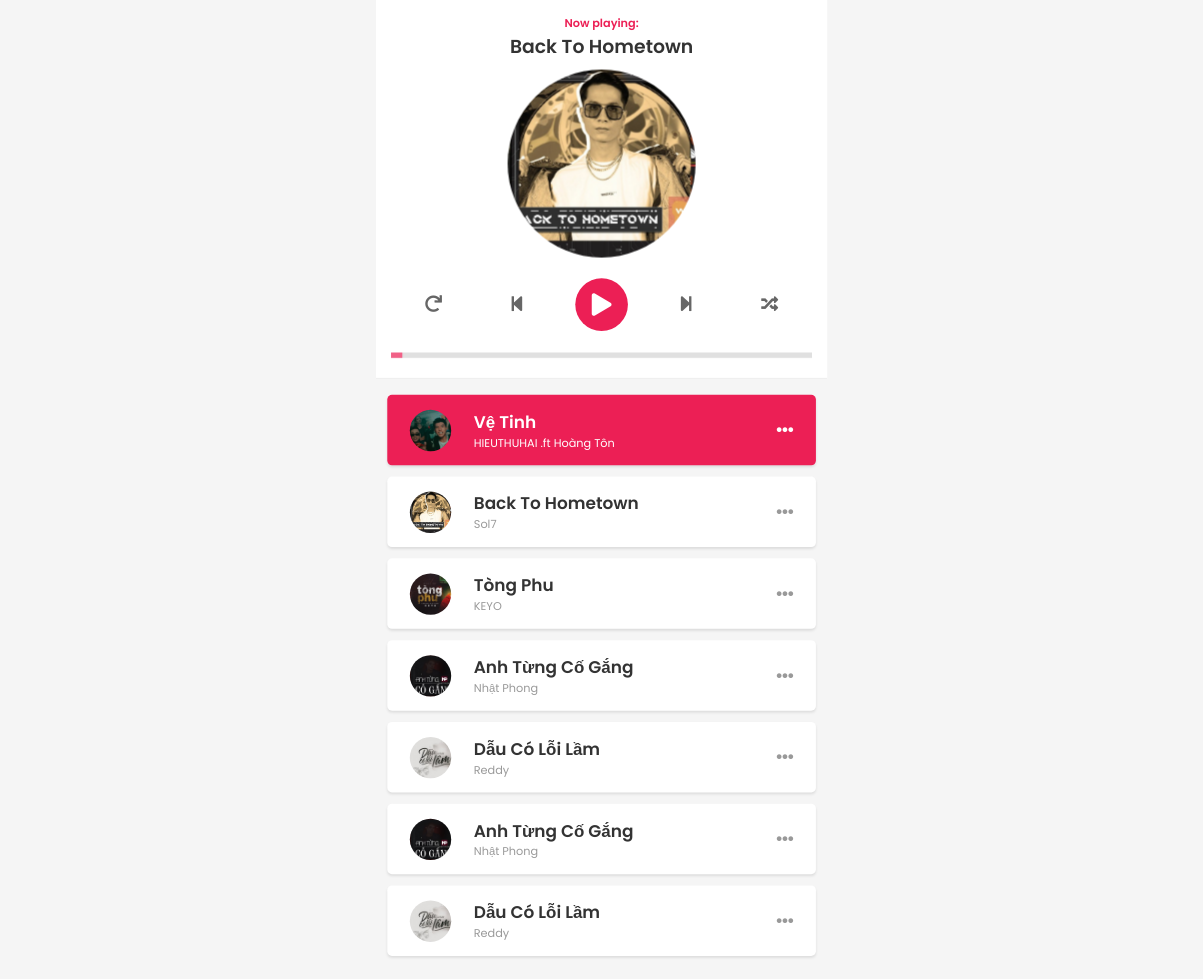
Repository: ynguyen1512/music-player
Page: index.html
An editor plug-in stored every save of this project. The page is shown before and after the next save, followed by the edit.
The browser window is 1280 px wide. The pictures show the whole page, at 94% of full size.
After loading, the first visible `div.btn-next` was clicked once.

Above is the page before, as saved 2022-09-26 19:17:11.

### index.html
<!DOCTYPE html>
<html lang="en">
<head>
    <meta name="viewport" content="width=device-width, initial-scale=1.0">
    <title>Music player</title>
    <link rel="stylesheet" href="https://cdnjs.cloudflare.com/ajax/libs/font-awesome/5.15.2/css/all.min.css" integrity="sha512-HK5fgLBL+xu6dm/Ii3z4xhlSUyZgTT9tuc/hSrtw6uzJOvgRr2a9jyxxT1ely+B+xFAmJKVSTbpM/CuL7qxO8w==" crossorigin="anonymous" />
    <link rel="preconnect" href="https://fonts.gstatic.com">
    <link href="https://fonts.googleapis.com/css2?family=Poppins:wght@300;400;600&display=swap" rel="stylesheet">
    <link rel="stylesheet" href="./assets/css/style.css">
</head>
<body>
    <div class="player">
        <!-- Dashboard -->
        <div class="dashboard">
          <!-- Header -->
          <header>
            <h4>Now playing:</h4>
            <h2>String 57th & 9th</h2>
          </header>
     <!-- CD -->
     <div class="cd">
        <div class="cd-thumb" style="background-image: url('https://i.ytimg.com/vi/jTLhQf5KJSc/maxresdefault.jpg')">
        </div>
      </div>

      <!-- Control -->
      <div class="control">
        <div class="btn btn-repeat">
          <i class="fas fa-redo"></i>
        </div>
        <div class="btn btn-prev">
          <i class="fas fa-step-backward"></i>
        </div>
        <div class="btn btn-toggle-play">
          <i class="fas fa-pause icon-pause"></i>
          <i class="fas fa-play icon-play"></i>
        </div>
        <div class="btn btn-next">
          <i class="fas fa-step-forward"></i>
        </div>
        <div class="btn btn-random">
          <i class="fas fa-random"></i>
        </div>
      </div>

      <input id="progress" class="progress" type="range" value="0" step="1" min="0" max="100">

      <audio id="audio" src=""></audio>
    </div>

    <!-- Playlist -->
    <div class="playlist">

    </div>
  </div>

  <script>
    const $ = document.querySelector.bind(document)
    const $$ = document.querySelector.bind(document)

    const player = $('.player')
    const heading  = $('header h2')
    const cdThumb = $('.cd-thumb')
    const audio = $('#audio')
    const cd = $('.cd')
    const playBtn = $('.btn-toggle-play')
    const progress = $('#progress')
    const nextBtn = $('.btn-next')
    const prevBtn = $('.btn-prev')
    const randomBtn = $('.btn-random')
    const repeatBtn = $('.btn-repeat')

    const app = {
      currentIndex: 0,
      isPlaying : false,
      isRandom : false,
      isRepeat : false,
      songs: [
        {
          name: 'Vệ Tinh',
          singer: 'HIEUTHUHAI .ft Hoàng Tôn',
          path: './assets/music/song1.mp3',
          image: './assets/img/song1.jpg'
        },
        {
          name: 'Back To Hometown',
          singer: 'Sol7',
          path: './assets/music/song2.mp3',
          image: './assets/img/song2.jpg'
        },
        {
          name: 'Tòng Phu',
          singer: 'KEYO',
          path: './assets/music/song3.mp3',
          image: './assets/img/song3.jpg'
        },
        {
          name: 'Anh Từng Cố Gắng',
          singer: 'Nhật Phong',
          path: './assets/music/song4.mp3',
          image: './assets/img/song4.jpg'
        },
        {
          name: 'Dẫu Có Lỗi Lầm',
          singer: 'Reddy',
          path: './assets/music/song5.mp3',
          image: './assets/img/song5.jpg'
        },
        {
          name: 'Anh Từng Cố Gắng',
          singer: 'Nhật Phong',
          path: './assets/music/song4.mp3',
          image: './assets/img/song4.jpg'
        },
        {
          name: 'Dẫu Có Lỗi Lầm',
          singer: 'Reddy',
          path: './assets/music/song5.mp3',
          image: './assets/img/song5.jpg'
        }
      ],
      render: function() {
        const htmls = this.songs.map((song,index) => {
          return `
              <div class="song ${index === this.currentIndex ? 'active' : ''}">
                <div class="thumb"
                  style="background-image: url('${song.image}')">
                </div>
                <div class="body">
                  <h3 class="title">${song.name}</h3>
                  <p class="author">${song.singer}</p>
                </div>
                <div class="option">
                  <i class="fas fa-ellipsis-h"></i>
                </div>
            </div>
          `
        })
        $('.playlist').innerHTML = htmls.join('');
      },
      defineProperties: function() {
        Object.defineProperty(this, 'currentSong', {
          get: function() {
            return this.songs[this.currentIndex];
          }
        });
      },
      handleEvents: function() {
        const _this= this;
        const cdWidth = cd.offsetWidth

        // Xu ly CD quay / dung
        const cdThumbAnimate = cdThumb.animate([
          {transform: 'rotate(360deg)'}
        ], {
          duration: 10000,
          interations: Infinity
        })
        cdThumbAnimate.pause()

        // Xu ly phong to / thu nho CD
        document.onscroll = function() {
          const scrollTop = window.scrollY || document.documentElement.scrollTop
          const newcdWidth = cdWidth - scrollTop

          cd.style.width = newcdWidth > 0 ?   newcdWidth + 'px' : 0
          cd.style.opacity = newcdWidth / cdWidth
        }
        // Xu ly khi click nut play
        playBtn.onclick = function() {
          if( _this.isPlaying) {
            audio.pause()
          }else {
            audio.play()
          }

        }

        // Khi bai hat duoc play
        audio.onplay = function() {
          _this.isPlaying = true;
          player.classList.add('playing')
          cdThumbAnimate.play()
        }

        // Khi bai hat bi pause
        audio.onpause = function() {
          _this.isPlaying = false;
          player.classList.remove('playing')
          cdThumbAnimate.pause()
        }

        // Khi tien do bai hat thay doi
        audio.ontimeupdate = function() {
          if(audio.duration) {
            const progressPercent = Math.floor(audio.currentTime / audio.duration * 100)
            progress.value = progressPercent
          }
        }

        // Xu ly khi tua bai hat
        progress.onchange = function(e) {
          const seekTime = audio.duration / 100 * e.target.value
          audio.currentTime = seekTime
        }

        // Khi next bai hat
        nextBtn.onclick = function() {
          if(_this.isRandom)
          {
            _this.playRandomSong()
          } else {
            _this.nextSong()
          }
          audio.play()
        }

        // Khi previous song
        prevBtn.onclick = function() {
          if(_this.isRandom)
          {
            _this.playRandomSong()
          } else {
            _this.prevSong()
          }
          audio.play()
        }

        // Xy ly random bat / tat random song
        randomBtn.onclick = function() {
          _this.isRandom = !_this.isRandom
          randomBtn.classList.toggle('active', _this.isRandom)
        }

        // Xu ly phat lai mot bai hat
        repeatBtn.onclick = function() {
          _this.isRepeat = !_this.isRepeat
          repeatBtn.classList.toggle('active', _this.isRepeat)
        }

        //Xu ly next song khi audio ended
        audio.onended = function() {
          if(_this.isRepeat)
          {
            audio.play()
          }else{
            nextBtn.click(); // khi ket thuc bai hat thi tu nhan vao nut click
          }
        }
      },
      getCurrentSong: function() {
        return this.songs[this.currentIndex]
      },
      loadCurrentSong: function() {

        heading.textContent = this.currentSong.name
        cdThumb.style.backgroundImage = `url('${this.currentSong.image}')`
        audio.src = this.currentSong.path

        // console.log(heading, cdThumb, audio)
      },
      nextSong: function() {
        this.currentIndex++;
        if(this.currentIndex >= this.songs.length) {
          this.currentIndex = 0;
        }
        this.loadCurrentSong()
      },
      prevSong: function() {
        this.currentIndex--;
        if(this.currentIndex < 0) {
          this.currentIndex = this.songs.length - 1;
        }
        this.loadCurrentSong()
      },
      playRandomSong: function() {
        let newIndex
        do {
          newIndex = Math.floor(Math.random() * this.songs.length);
        } while(newIndex === this.currentIndex)
        this.currentIndex = newIndex
        this.loadCurrentSong()
      },
      start: function() {
        this.defineProperties();
        this.handleEvents();
        this.loadCurrentSong();

        this.render();
      }
    }

    app.start();
  </script>
</body>
</html>

### assets/css/style.css
:root {
    --primary-color: #ec1f55;
    --text-color: #333;
  }

  * {
    padding: 0;
    margin: 0;
    box-sizing: inherit;
  }

  body {
    background-color: #f5f5f5;
  }

  html {
    box-sizing: border-box;
    font-family: "Poppins", sans-serif;
  }

  .player {
    position: relative;
    max-width: 480px;
    margin: 0 auto;
  }

  .player .icon-pause {
    display: none;
  }

  .player.playing .icon-pause {
    display: inline-block;
  }

  .player.playing .icon-play {
    display: none;
  }

  .dashboard {
    padding: 16px 16px 14px;
    background-color: #fff;
    position: fixed;
    top: 0;
    width: 100%;
    max-width: 480px;
    border-bottom: 1px solid #ebebeb;
  }

  /* HEADER */
  header {
    text-align: center;
    margin-bottom: 10px;
  }

  header h4 {
    color: var(--primary-color);
    font-size: 12px;
  }

  header h2 {
    color: var(--text-color);
    font-size: 20px;
  }

  /* CD */
  .cd {
    display: flex;
    margin: auto;
    width: 200px;
  }

  .cd-thumb {
    width: 100%;
    padding-top: 100%;
    border-radius: 50%;
    background-color: #333;
    background-size: cover;
    margin: auto;
  }

  /* CONTROL */
  .control {
    display: flex;
    align-items: center;
    justify-content: space-around;
    padding: 18px 0 8px 0;
  }

  .control .btn {
    color: #666;
    padding: 18px;
    font-size: 18px;
  }

  .control .btn.active {
    color: var(--primary-color);
  }

  .control .btn-toggle-play {
    width: 56px;
    height: 56px;
    border-radius: 50%;
    font-size: 24px;
    color: #fff;
    display: flex;
    align-items: center;
    justify-content: center;
    background-color: var(--primary-color);
  }

  .progress {
    width: 100%;
    -webkit-appearance: none;
    height: 6px;
    background: #d3d3d3;
    outline: none;
    opacity: 0.7;
    -webkit-transition: 0.2s;
    transition: opacity 0.2s;
  }

  .progress::-webkit-slider-thumb {
    -webkit-appearance: none;
    appearance: none;
    width: 12px;
    height: 6px;
    background-color: var(--primary-color);
    cursor: pointer;
  }

  /* PLAYLIST */
  .playlist {
    margin-top: 408px;
    padding: 12px;
  }

  .song {
    display: flex;
    align-items: center;
    margin-bottom: 12px;
    background-color: #fff;
    padding: 8px 16px;
    border-radius: 5px;
    box-shadow: 0 2px 3px rgba(0, 0, 0, 0.1);
  }

  .song.active {
    background-color: var(--primary-color);
  }

  .song:active {
    opacity: 0.8;
  }

  .song.active .option,
  .song.active .author,
  .song.active .title {
    color: #fff;
  }

  .song .thumb {
    width: 44px;
    height: 44px;
    border-radius: 50%;
    background-size: cover;
    margin: 0 8px;
  }

  .song .body {
    flex: 1;
    padding: 0 16px;
  }

  .song .title {
    font-size: 18px;
    color: var(--text-color);
  }

  .song .author {
    font-size: 12px;
    color: #999;
  }

  .song .option {
    padding: 16px 8px;
    color: #999;
    font-size: 18px;
  }

After the next save:
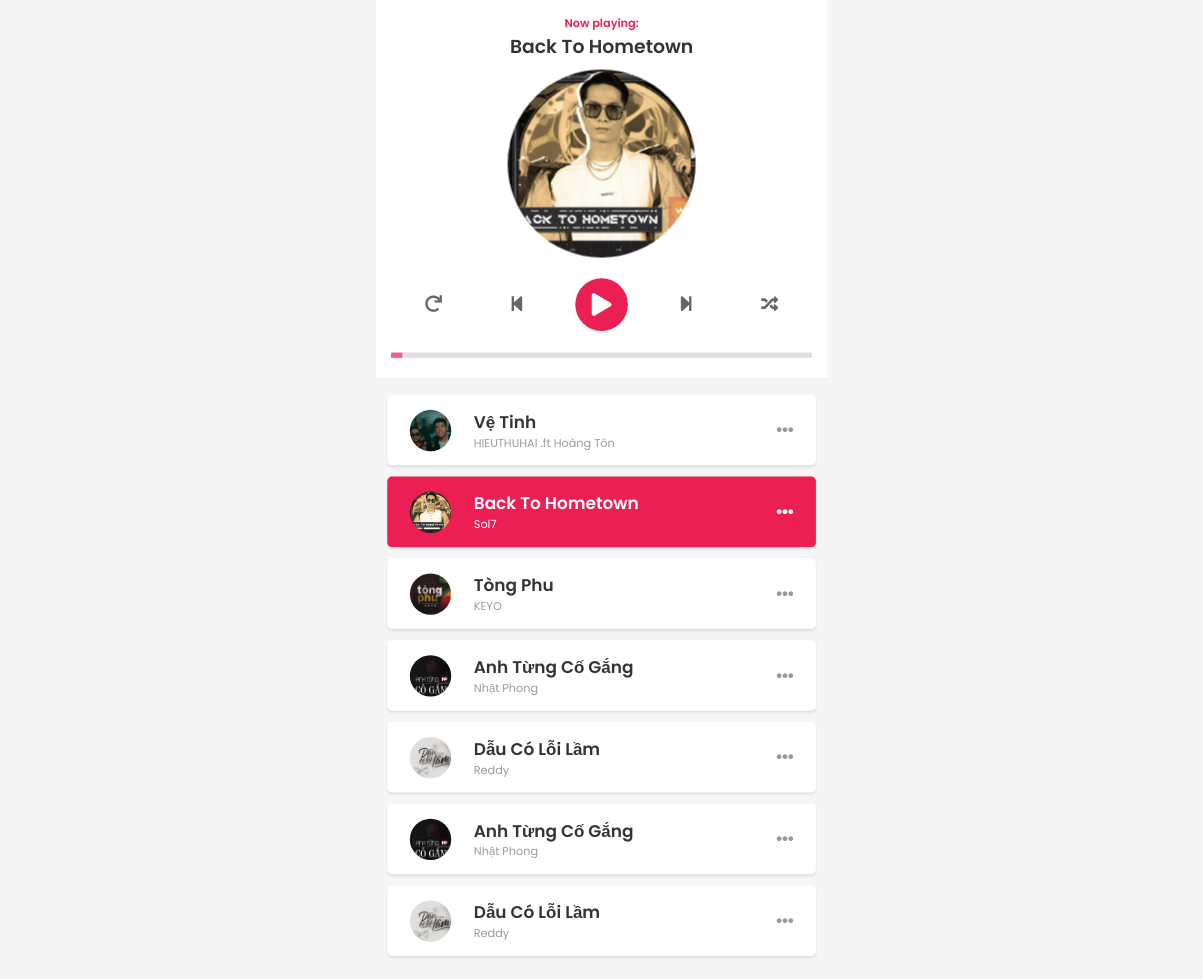
Saved 61 s later.
--- a/index.html
+++ b/index.html
@@ -213,6 +213,7 @@
             _this.nextSong()
           }
           audio.play()
+          _this.render()
         }
 
         // Khi previous song
